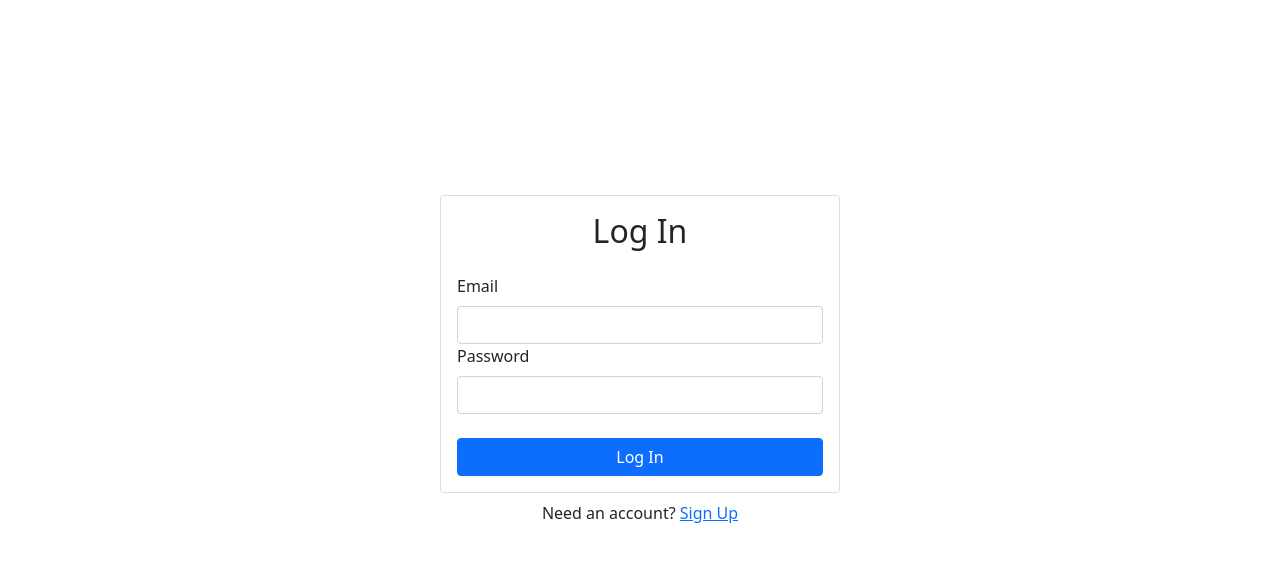
Repository: JaydenTianranYang/EsolApp
Page: /dashboard
An editor plug-in stored every save of this project. The page is shown before and after a run of saves, followed by the edit.
The browser window is 1280 px wide. The pictures show the whole page.
The project was rebuilt for these pictures with package versions that can differ from the ones it lists, and the page was loaded fresh each time. Also part of the build but not shown: src/components/Signup.js, src/components/App.css, src/components/Homepage.js, src/components/Login.js, src/components/PrivateRoute.js.

Above is the page before, as saved 2022-04-08 17:38:42.

### src/index.js
import React from 'react';
import ReactDOM from 'react-dom';
import './index.css';
import App from './components/App';
import reportWebVitals from './reportWebVitals';
import "bootstrap/dist/css/bootstrap.min.css"

ReactDOM.render(
  <React.StrictMode>
    <App />
  </React.StrictMode>,
  document.getElementById('root')
);

// If you want to start measuring performance in your app, pass a function
// to log results (for example: reportWebVitals(console.log))
// or send to an analytics endpoint. Learn more: https://bit.ly/CRA-vitals
reportWebVitals();

### src/components/App.js
import React from 'react'
import Signup from './Signup'
import Homepage from './Homepage';
import Login from './Login';
import Dashboard from './Dashboard';
import PrivateRoute from './PrivateRoute';
import { Container } from 'react-bootstrap'
import { AuthProvider } from '../contexts/AuthContext';
import { BrowserRouter as Router, Switch, Route } from 'react-router-dom'

function App() {
  return (
    <Container className="d-flex align-items-center justify-content-center"
      style={{ minHeight: "100vh" }}
    >
      <div className="w-100" style={{ maxWidth: "400px" }}>
        <Router>
          <AuthProvider>
            <Switch>
              <PrivateRoute exact path="/" component={Homepage} />
              <Route path = "/signup" component={Signup} />
              <Route path = "/login" component={Login} />
              <Route path = "/dashboard" component={Dashboard} />
            </Switch>
          </AuthProvider>
        </Router>
      </div>
    </Container>
  )
}

export default App;

### src/components/Dashboard.js
import React, { useRef, useState } from 'react'
import { Form, Button, Card, Alert } from 'react-bootstrap'
import { useAuth } from '../contexts/AuthContext'
import { Link, useHistory } from 'react-router-dom'

export default function Login() {
    const emailRef = useRef()
    const passwordRef = useRef()
    const { login } = useAuth()
    const [error, setError] = useState('')
    const [loading, setLoading] = useState(false)
    const history = useHistory()

    async function handleSubmit(e) {
        e.preventDefault()

        try{
            setError('')
            setLoading(true)
            await login(emailRef.current.value, passwordRef.current.value)
            history.push("/")
        } catch {
            setError('Failed to sign in')
        }
        setLoading(false)
    }

    return (
        <>
            <Card>
                <Card.Body>
                    <h2 className="text-center mb-4">Log In</h2>
                    {error && <Alert varaint="danger">{error}</Alert>}
                    <Form onSubmit={handleSubmit}>
                        <Form.Group id="email">
                            <Form.Label>Email</Form.Label>
                            <Form.Control type="email" ref={emailRef} required />
                        </Form.Group>
                        <Form.Group id="password">
                            <Form.Label>Password</Form.Label>
                            <Form.Control type="password" ref={passwordRef} required />
                        </Form.Group>
                        <Button disabled={loading} className="w-100 mt-4" type="submit">Log In</Button>
                    </Form>
                </Card.Body>
            </Card>
            <div className="w-100 text-center mt-2">
                Need an account? <Link to="/signup">Sign Up</Link>
            </div>
        </>
    )
}

### src/contexts/AuthContext.js
import React, { useContext, useState, useEffect } from 'react'
import { auth } from '../firebase'

const AuthContext = React.createContext()

export function useAuth() {
    return useContext(AuthContext)
}

export function AuthProvider({ children }) {
    const [currentUser, setCurrentUser] = useState()
    const [loading, setLoading] = useState(true)

    function signup(email, password) {
        return auth.createUserWithEmailAndPassword(email, password)
    }

    function login(email, password) {
        return auth.signInWithEmailAndPassword(email, password)
    }

    function logout() {
        return auth.signOut()
    }

    useEffect(() => {
        const unsubscribe = auth.onAuthStateChanged(user => {
            setCurrentUser(user)
            setLoading(false)
        })

        return unsubscribe
    }, [])



    const value = {
        currentUser,
        signup,
        login,
        logout
    }

    return (
        <AuthContext.Provider value={value}>
            {!loading && children}
        </AuthContext.Provider>
    )
}

### src/firebase.js
import firebase from "firebase/compat/app"
import "firebase/compat/auth"

const app = firebase.initializeApp({
    apiKey: process.env.REACT_APP_FIREBASE_API_KEY,
    authDomain: process.env.REACT_APP_FIREBASE_AUTH_DOMAIN,
    projectId: process.env.REACT_APP_FIREBASE_PROJECT_ID,
    storageBucket: process.env.REACT_APP_FIREBASE_STORAGE_BUCKET,
    messagingSenderId: process.env.REACT_APP_FIREBASE_MESSAGING_SENDER_ID,
    appId: process.env.REACT_APP_FIREBASE_APP_ID
})

export const auth = app.auth()
export default app

Loaded but not shown: public/index.html (common file); src/index.css (common file); src/reportWebVitals.js (common file)

After the next 2 saves:
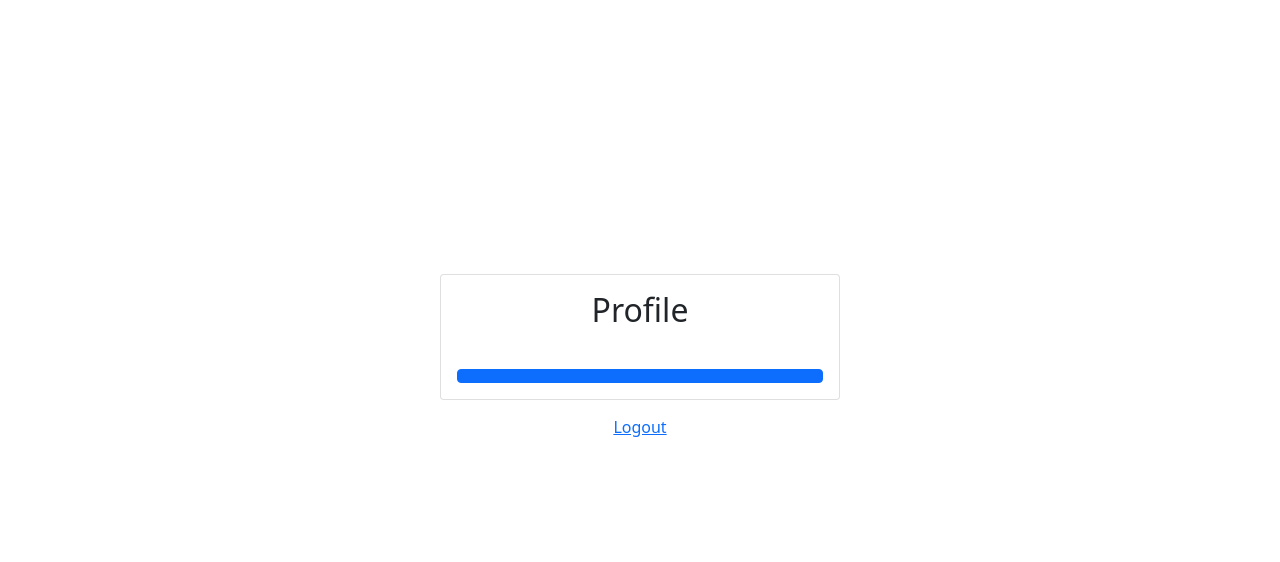
The 2 saves are shown as one change because 1 did not build or start.
The last was saved 96 s later.
--- a/src/components/Dashboard.js
+++ b/src/components/Dashboard.js
@@ -1,51 +1,38 @@
-import React, { useRef, useState } from 'react'
-import { Form, Button, Card, Alert } from 'react-bootstrap'
-import { useAuth } from '../contexts/AuthContext'
-import { Link, useHistory } from 'react-router-dom'
+import React, { useState } from "react"
+import { Card, Button, Alert } from "react-bootstrap"
+import { useAuth } from "../contexts/AuthContext"
+import { Link, useHistory } from "react-router-dom"
 
-export default function Login() {
-    const emailRef = useRef()
-    const passwordRef = useRef()
-    const { login } = useAuth()
-    const [error, setError] = useState('')
-    const [loading, setLoading] = useState(false)
+export default function Dashboard() {
+    const [error, setError] = useState("")
+    const { currentUser, logout } = useAuth
     const history = useHistory()
 
-    async function handleSubmit(e) {
-        e.preventDefault()
+    async function handleLogout() {
+        setError("")
 
-        try{
-            setError('')
-            setLoading(true)
-            await login(emailRef.current.value, passwordRef.current.value)
-            history.push("/")
+        try {
+            await logout()
+            history.push("/login")
         } catch {
-            setError('Failed to sign in')
+            setError("Failed to log ouot")
         }
-        setLoading(false)
     }
 
     return (
         <>
             <Card>
                 <Card.Body>
-                    <h2 className="text-center mb-4">Log In</h2>
-                    {error && <Alert varaint="danger">{error}</Alert>}
-                    <Form onSubmit={handleSubmit}>
-                        <Form.Group id="email">
-                            <Form.Label>Email</Form.Label>
-                            <Form.Control type="email" ref={emailRef} required />
-                        </Form.Group>
-                        <Form.Group id="password">
-                            <Form.Label>Password</Form.Label>
-                            <Form.Control type="password" ref={passwordRef} required />
-                        </Form.Group>
-                        <Button disabled={loading} className="w-100 mt-4" type="submit">Log In</Button>
-                    </Form>
+                    <h2 className="text-center mb-4">Profile</h2>
+                    {error && <Alert variant="danger">{error}</Alert>}
+                    {/* <strong>Email:</strong> {currentUser.email} */}
+                    <Link to="/update-profile" className="btn btn-primary w-100 mt-3"></Link>
                 </Card.Body>
             </Card>
             <div className="w-100 text-center mt-2">
-                Need an account? <Link to="/signup">Sign Up</Link>
+                <Button variant="link" onClick={handleLogout}>
+                    Logout
+                </Button>
             </div>
         </>
     )
